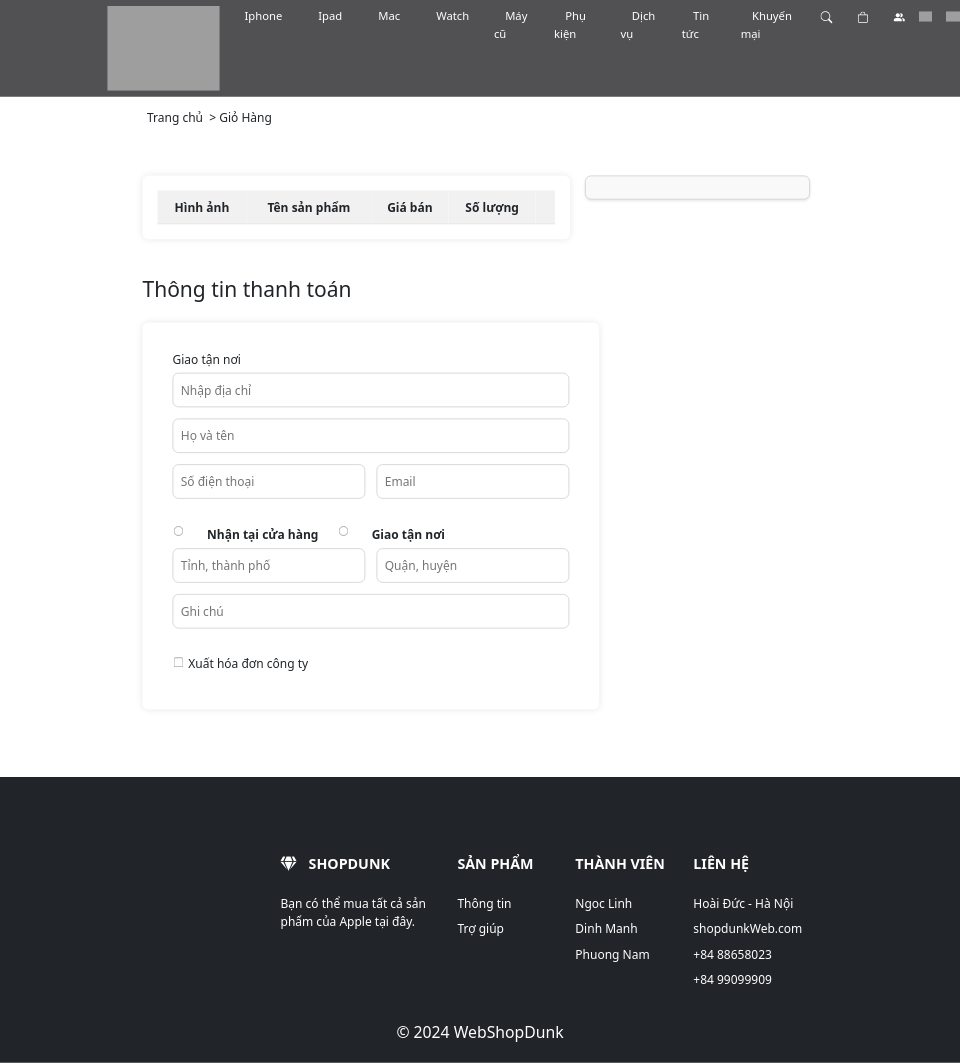
Repository: 20092004nam2k4/FE-ShopDunk
Page: /cart
These files come from the project's save history. The page is drawn as it stood at one moment and after a run of saves; the edit follows.
The browser window is 1280 px wide. The pictures show the whole page, at 75% of full size.
Pictures or frames that could not be fetched are drawn as grey boxes. The page's requests for data from a server got no answer. The project was rebuilt for these pictures with package versions that can differ from the ones it lists, and the page was loaded fresh each time. No one was signed in, and anything a server would have sent is missing. Also part of the build but not shown: src/component/common/SlideImage.css, src/component/common/SlideImage.js, src/component/product/ProductList.js, src/component/product/ProductDetail.css, src/component/product/ProductDetail.js, src/component/user/LoginUser.js, src/component/user/UserProfile.js, src/component/user/RegistrationForm.css and 2 more.

Above is the page before, as saved 2024-06-25 16:43:22.

### src/component/cart/CartPage.js
import React, { useState, useEffect } from "react";
import axios from "axios";
import "./CartPage.css";

const CartPage = () => {
  const [cartItems, setCartItems] = useState([]);
  const [userName, setUserName] = useState("");

  useEffect(() => {
    const user = sessionStorage.getItem("user");
    setUserName(user);
    fetchCartItems(user);
  }, [userName]); // Thêm userName vào dependency array để theo dõi sự thay đổi của userName

  const fetchCartItems = (username) => {
    axios
      .get(`http://localhost:8090/api/products/cart/${username}`)
      .then((response) => {
        setCartItems(response.data);
      })
      .catch((error) => {
        console.error("Error fetching cart items:", error);
      });
  };

  const removeFromCart = (id) => {
    axios
      .delete(`http://localhost:8090/api/products/removeFromCart/${id}`)
      .then(() => {
        fetchCartItems(userName); // Gọi lại fetchCartItems sau khi xóa sản phẩm thành công
      })
      .catch((error) => {
        console.error("Error removing product from cart:", error);
      });
  };

  const updateQuantity = (id, newQuantity) => {
    if (newQuantity <= 0) {
      removeFromCart(id);
      return;
    }

    axios
      .put(
        `http://localhost:8090/api/products/updateCart/${id}`,
        null,
        { params: { quantity: newQuantity } }
      )
      .then(() => {
        fetchCartItems(userName); // Gọi lại fetchCartItems sau khi cập nhật số lượng thành công
      })
      .catch((error) => {
        console.error("Error updating product quantity:", error);
      });
  };

  const calculateSubtotal = () => {
    return cartItems.reduce(
      (sum, item) => sum + item.product.price * item.quantity,
      0
    );
  };

  const calculateTotal = () => {
    return calculateSubtotal();
  };

  return (
    <>

      <div className="cart-page">
        <div className="title-header">
          <p>Trang chủ &nbsp;&gt; Giỏ Hàng</p>
        </div>
        <div className="tong">
          <div className="left">
            <div className="cart-detail">
              <table className="cart">
                <thead>
                  <tr>
                    <th>Hình ảnh</th>
                    <th>Tên sản phẩm</th>
                    <th>Giá bán</th>
                    <th className="quantity-text">Số lượng</th>
                    <th></th>
                  </tr>
                </thead>
                <tbody>
                  {cartItems.map((item) => (
                    <tr key={item.id}>
                      <td>
                        <a href={`/product/${item.product.id}`}>
                          <img
                            alt={`Ảnh của ${item.product.name}`}
                            src={`http://localhost:8090/image/${item.product.image}`}
                            title={`Hiển thị chi tiết cho ${item.product.name}`}
                          />
                        </a>
                      </td>
                      <td className="product">
                        <a href={`/product/${item.product.id}`} className="product-name">
                          {item.product.name}
                        </a>
                      </td>
                      <td className="unit-price">
                        <span className="product-unit-price">
                          {parseInt(item.product.price).toLocaleString()}₫
                        </span>
                      </td>
                      <td className="quantity">
                        <div className="cart-quantity-input-container">
                          <button
                            className="quantity-button"
                            onClick={() => updateQuantity(item.id, item.quantity - 1)}
                          >
                            <i className="fas fa-minus"></i>
                          </button>
                          <input
                            className="input-text"
                            id={`quantity${item.id}`}
                            value={item.quantity}
                            size="4"
                            readOnly
                          />
                          <button
                            className="quantity-button"
                            onClick={() => updateQuantity(item.id, item.quantity + 1)}
                          >
                            <i className="fas fa-plus"></i>
                          </button>
                        </div>
                      </td>
                      <td className="remove-from-cart">
                        <button
                          onClick={() => removeFromCart(item.id)}
                          className="remove-button"
                        >
                          <i className="fas fa-trash-alt"></i>
                        </button>
                      </td>
                    </tr>
                  ))}
                </tbody>
              </table>
            </div>
          </div>


          <div className="deals">
            <div className="coupon-box">

            </div>
          </div>
        </div>
      </div>



      <div className="thanhtoan">
        <h3>Thông tin thanh toán</h3>
      </div>
      <div className="tong-bot">
        <div className="left">
          <div className="enter-address bg-white">
            <h6>Giao tận nơi</h6>
            <input placeholder="Nhập địa chỉ"></input>
            <input placeholder="Họ và tên"></input>
            <div className="half-inputs">
              <input placeholder="Số điện thoại"></input>
              <input placeholder="Email"></input>
            </div>
            <div className="edit-address">
              <div className="delivery-method">
                <input type="radio" id="receive-store" name="receive-method" value="store"></input>
                <label htmlFor="receive-store">Nhận tại cửa hàng</label>
                <input type="radio" id="receive-delivery" name="receive-method" value="delivery"></input>
                <label htmlFor="receive-delivery">Giao tận nơi</label>
              </div>
              <div className="half-inputs">
                <input placeholder="Tỉnh, thành phố"></input>
                <input placeholder="Quận, huyện"></input>
              </div>
              <div>
                <input placeholder="Ghi chú"></input>
              </div>
              <div className="edit-address">
                <input type="checkbox" id="company-invoice" name="company-invoice" value="company-invoice"></input>Xuất hóa đơn công ty
              </div>
            </div>
          </div>
        </div>
      </div>
      <footer className="text-center text-lg-start bg-dark text-white footerMain">
        <section className="bg-dark" style={{ height: "243px" }}>
          <div className="container text-center text-md-start mt-5 textFooter">
            <div className="row mt-3">
              <div
                className="col-md-3 col-lg-4 col-xl-3 text-left mb-4"
                style={{ marginLeft: "104px" }}
              >
                <h6
                  className="text-uppercase fw-bold mb-4"
                  style={{ fontSize: "19px" }}
                >
                  <i className="fas fa-gem me-3" />
                  Shopdunk
                </h6>
                <p style={{ fontSize: "16px" }}>
                  Bạn có thể mua tất cả sản phẩm của Apple tại đây.
                </p>
              </div>
              <div className="col-md-2 col-lg-2 col-xl-2 text-left mb-4">
                <h6
                  className="text-uppercase fw-bold mb-4"
                  style={{ fontSize: "19px" }}
                >
                  Sản phẩm
                </h6>
                <p style={{ fontSize: "16px" }}>Thông tin</p>
                <p style={{ fontSize: "16px" }}>Trợ giúp</p>
              </div>
              <div className="col-md-3 col-lg-2 col-xl-2 text-left mb-4">
                <h6
                  className="text-uppercase fw-bold mb-4"
                  style={{ fontSize: "19px" }}
                >
                  Thành viên
                </h6>
                <p style={{ fontSize: "16px" }}>Ngoc Linh</p>
                <p style={{ fontSize: "16px" }}>Dinh Manh</p>
                <p style={{ fontSize: "16px" }}>Phuong Nam</p>
              </div>
              <div className="col-md-4 col-lg-3 col-xl-3 text-left mb-md-0 mb-4">
                <h6
                  className="text-uppercase fw-bold mb-4"
                  style={{ fontSize: "19px" }}
                >
                  Liên hệ
                </h6>
                <p style={{ fontSize: "16px" }}>Hoài Đức - Hà Nội</p>
                <p style={{ fontSize: "16px" }}>shopdunkWeb.com</p>
                <p style={{ fontSize: "16px" }}>+84 88658023</p>
                <p style={{ fontSize: "16px" }}>+84 99099909</p>
              </div>
            </div>
          </div>
        </section>
        <div
          className="text-center p-4 bg-dark"
          style={{
            backgroundColor: "#40474b",
            height: "70px",
            fontSize: "21px",
            textAlign: "center",
          }}
        >
          © 2024 WebShopDunk
        </div>
      </footer>
    </>

  );
};

export default CartPage;

### src/component/common/Navbar.css
.navbar {
  background-color: #515154;
  padding: 10px;
  position: relative; /* Thêm thuộc tính position relative */
}

.navbar-links {
  list-style: none;
  display: flex;
  justify-content: center;
  max-width: 1400px;
  margin: 0;
padding-left: 125px;
 position: relative; /* Thêm thuộc tính position relative */
  z-index: 1; /* Đảm bảo navbar hiển thị trên cùng */
}

.navbar-links li {
  padding-left: 18px;
}

.navbar-links a {
  color: white;
  text-decoration: none;
  padding: 10px 15px 25px;
  transition: background-color 0.3s;
  font-size: 15px;
}

.navbar-links a:hover {
  background-color: #6a6969;
}

.imageIcon {
  width: 150px;
}

.icon-bag,
.icon-people,
.icon-search {
  color: white;
  height: 30px;
}

.imageIconVN {
  height: 14px;
}

.dropdown-menu {
  position: absolute;
  top: 100%; /* Hiển thị menu dropdown bên dưới navbar */
  left: 0;
  background-color: #515154;
  min-width: 200px; /* Độ rộng tối thiểu của dropdown menu */
  z-index: 10; /* Đảm bảo menu dropdown hiển thị trên cùng */
  box-shadow: 0px 8px 16px rgba(0, 0, 0, 0.2); /* Đổ bóng cho dropdown menu */
  display: none; /* Ẩn dropdown menu mặc định */
}

.dropdown-menu.active {
  display: block; /* Hiển thị dropdown menu khi active */
}

.dropdown-menu a {
  color: white;
  text-decoration: none;
  padding: 15px;
  display: block;
  transition: background-color 0.3s;
}

.dropdown-menu a:hover {
  background-color: #7f7d7d;
}

### src/component/user/Login.css
body {
    font-family: sans-serif;
    /* display: flex; */
    justify-content: center;
    align-items: center;
    min-height: 100vh;
    background-color: #f5f5f5;
  }
  .userName-login{
    margin-top: 25px;
  }



  .left-side {
    width: 50%;
    display: flex;
    justify-content: center;
    align-items: center;
    margin-top: 90px;
  }

  .right-side {
    width: 50%;
    padding: 20px;
    margin-top: 90px;
  }

  .left-side img {
    width: 100%;
    max-width: 600px;
    height: 350px;
  }

  h2 {
    margin-bottom: 20px;
  }

  input[type="text"],
  input[type="password"] {
    width: 100%;
    padding: 10px;
    margin-bottom: 15px;
    border: 1px solid #ddd;
    border-radius: 10px;
    box-sizing: border-box;
  }

  input[type="checkbox"] {
    margin-right: 5px;
  }

  button {
    background-color: #007bff;
    color: #fff;
    padding: 10px 20px;
    border: none;
    border-radius: 3px;
    cursor: pointer;
    width: 100%;
  }

  .link {
    display: block;
    text-align: center;
    margin-top: 15px;
    color: #007bff;
    text-decoration: none;
  }

  .footerMain{
margin-top: 200px;
  }
  .textFooter{
    padding-left: 200px !important;
  }
  .textToRegister{
    margin-top: 15px;
  }

### src/component/product/ProductCart.css
.product-list {
  display: flex;
  flex-wrap: wrap;
  justify-content: center;
}
.product-card img {
  max-width: 100%;
  height: auto;
}
.tittleIphone {
  text-align: center;
  margin-top: 38px;
  margin-bottom: 20px;
}
.a-category {
  text-align: center;
  margin-top: 20px;
}
.custom-blue {
  color: #0066cc !important;
  border-color: #0066cc !important;
}
.custom-blue:hover {
  color: #fff !important;
  background-color: #0066cc !important;
}
.button-text {
  font-size: 17px;
}
.product-card {
  width: 271px;
  height: 430px;
  display: flex;
  flex-direction: column;
  align-items: center;
  justify-content: space-between;
  border: 1px solid #ddd;
  padding: 10px;
  margin: 10px;
  box-shadow: 0 4px 8px rgba(0, 0, 0, 0.1); /* Thêm đổ bóng để đẹp hơn */
  border-radius: 5px;
  color: white;
}
.product-name {
  font-weight: bold;
}
.product-price-wrapper {
  display: flex;
  align-items: center;
  gap: 10px;
}
.product-discounted-price {
  font-weight: 700;
  font-size: 16px;
  line-height: 24px;
  color: #0066cc;
}
.product-original-price-wrapper {
  display: flex;
  align-items: center;
}
.product-price {
  color: #6c757d; /* Màu đen nhạt */
  text-decoration: line-through;
  font-size: 16px;
  margin-right: 5px; /* Khoảng cách giữa giá cũ và tag giảm giá */
}
.discount-tag {
  color: #6c757d; /* Màu đen nhạt */
  font-size: 16px;
}
.img-info {
  width: 1200px;
  height: 401px;
}
.info-banner {
  text-align: center;
  margin-top: 80px;
}
.bg-dark {
  background-color: #575757 !important;
}
.text-white {
  color: #fff !important;
}
.border-bottom {
  border-color: rgba(255, 255, 255, 0.1) !important;
}
.footer-links a {
  color: #fff !important;
}
.footer-links a:hover {
  color: #ddd !important;
}
.footerMain {
  margin-top: 90px;
}
.product-card-link {
  text-decoration: none;
  color: inherit; /* Optional: Inherit color to prevent default link color */
}
.textFooter{
  padding-top: 30px;
}

.carousel {
  margin-top: 20px;
  margin-bottom: 20px; /* Để tạo khoảng cách giữa carousel và danh sách sản phẩm */
  padding: 0 210px; /* Thu nhỏ carousel vào 100px mỗi bên */
}

.carousel-inner {
  width: 100%; /* Đảm bảo width của carousel vẫn 100% */
  margin: auto; /* Căn giữa carousel */
}
.carousel-control {
  padding: 0 230px; /* Đặt khoảng cách 20px giữa các nút chuyển ảnh */
}
.category-products-container {
  background-color: #f5f5f7; /* Màu nền của trang */
}
.tittle-headerCategory{
  background-color: white;
  margin-left: 210px;
  padding-top: 15px;
  color: #6c757d;
  padding-bottom: -10px;
}
.cart-quantity-input-container {
  display: flex;
  align-items: center;
  justify-content: center;
  gap: 5px; /* Adjust gap between elements */
}

.quantity-btn {
  background-color: #0066CC; /* Button background color */
  color: #fff; /* Button text color */
  border: none; /* Remove default border */
  border-radius: 4px; /* Rounded corners */
  width: 30px; /* Button width */
  height: 30px; /* Button height */
  display: flex; /* Center text horizontally */
  align-items: center; /* Center text vertically */
  justify-content: center; /* Center text horizontally */
  font-size: 18px; /* Increase font size */
  cursor: pointer; /* Change cursor on hover */
}

.quantity-btn:hover {
  background-color: #005bb5; /* Darken button color on hover */
}

.input-text {
  width: 40px; /* Adjust input width */
  text-align: center; /* Center text */
  border: 1px solid #ddd; /* Input border */
  border-radius: 4px; /* Rounded corners */
  padding: 5px; /* Input padding */
  font-size: 16px; /* Adjust font size */
}

Loaded but not shown: public/index.html (common file); src/index.js (common file); src/component/common/Navbar.js (148 lines, source omitted); src/App.js (47 lines, source omitted); src/context/AuthContext.js (34 lines, source omitted); src/component/cart/CartPage.css (406 lines, source omitted); src/component/user/UserProfile.css (214 lines, source omitted)

After the next 4 saves:
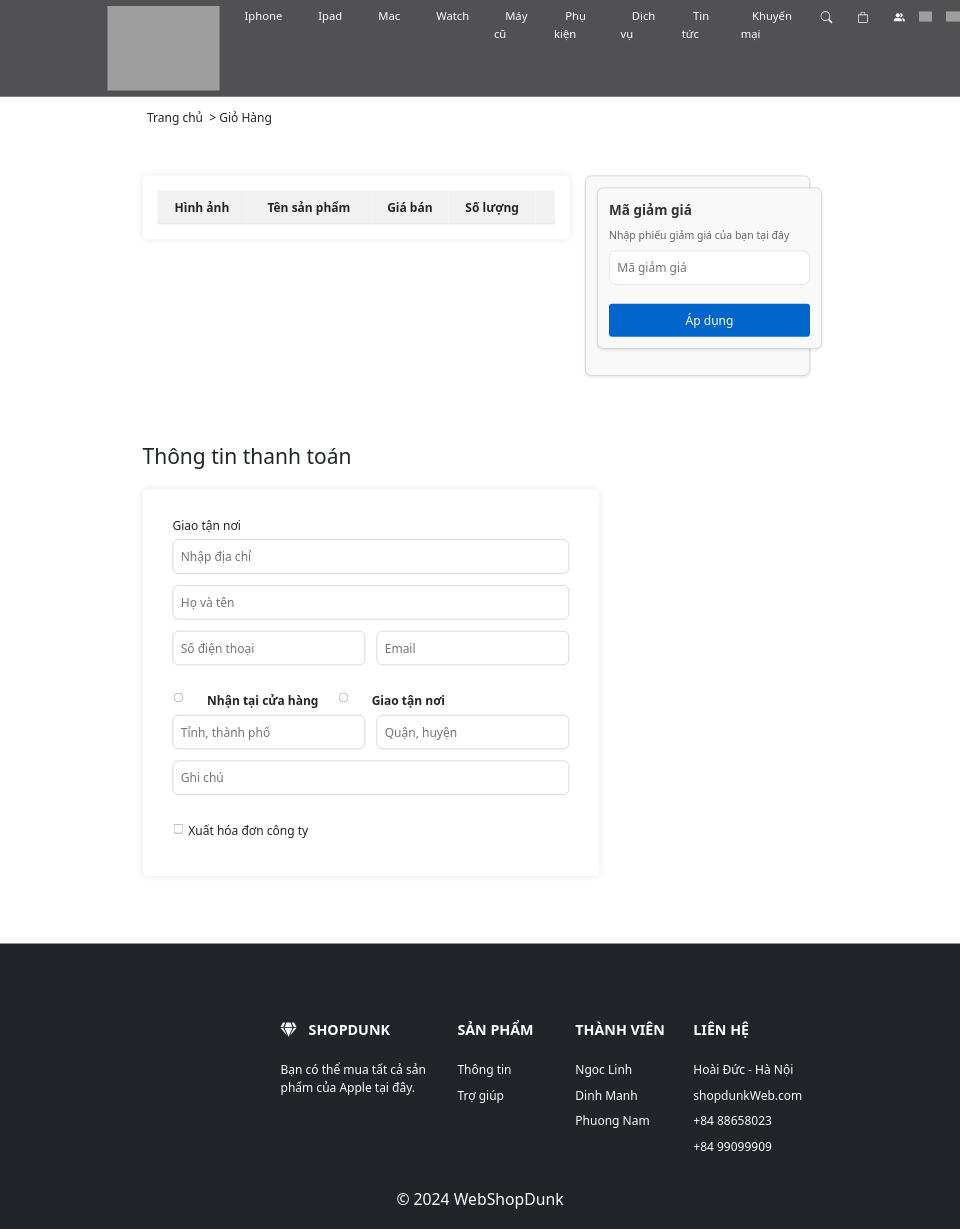
The 4 saves are shown as one change because 1 did not build or start and some came seconds apart.
The last was saved 54 s later.
--- a/src/component/cart/CartPage.js
+++ b/src/component/cart/CartPage.js
@@ -148,7 +148,28 @@
 
           <div className="deals">
             <div className="coupon-box">
-
+            <div class="cart-collaterals">
+                                <div class="deals">
+                                        <div class="coupon-box">
+        <div class="title">
+            <strong>Mã giảm giá</strong>
+        </div>
+        <div class="hint">
+            Nhập phiếu giảm giá của bạn tại đây
+        </div>
+        <div class="coupon-code">
+            <input name="discountcouponcode" id="discountcouponcode" placeholder="Mã giảm giá" type="text" class="discount-coupon-code" aria-label="Nhập mã phiếu giảm giá"/>
+
+            <button type="submit" name="applydiscountcouponcode" id="applydiscountcouponcode" class="button-2 apply-discount-coupon-code-button">Áp dụng</button>
+
+        </div>
+    </div>
+
+
+
+
+                                </div>
+                            </div>
             </div>
           </div>
         </div>

After the 2 saves that followed:
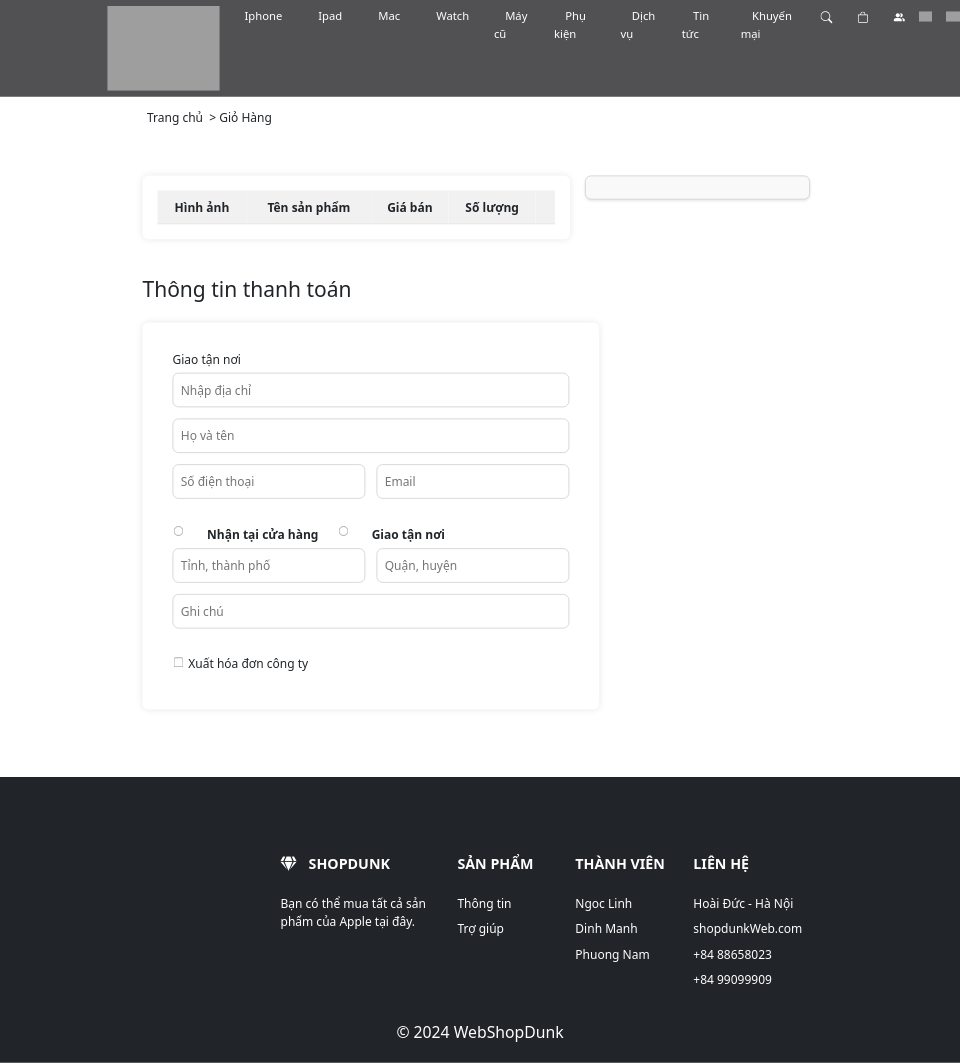
The 2 saves are shown as one change because 1 left the picture as it was.
The last was saved 24 s later.
--- a/src/component/cart/CartPage.js
+++ b/src/component/cart/CartPage.js
@@ -148,28 +148,7 @@
 
           <div className="deals">
             <div className="coupon-box">
-            <div class="cart-collaterals">
-                                <div class="deals">
-                                        <div class="coupon-box">
-        <div class="title">
-            <strong>Mã giảm giá</strong>
-        </div>
-        <div class="hint">
-            Nhập phiếu giảm giá của bạn tại đây
-        </div>
-        <div class="coupon-code">
-            <input name="discountcouponcode" id="discountcouponcode" placeholder="Mã giảm giá" type="text" class="discount-coupon-code" aria-label="Nhập mã phiếu giảm giá"/>
-
-            <button type="submit" name="applydiscountcouponcode" id="applydiscountcouponcode" class="button-2 apply-discount-coupon-code-button">Áp dụng</button>
-
-        </div>
-    </div>
-
-
-
-
-                                </div>
-                            </div>
+
             </div>
           </div>
         </div>
